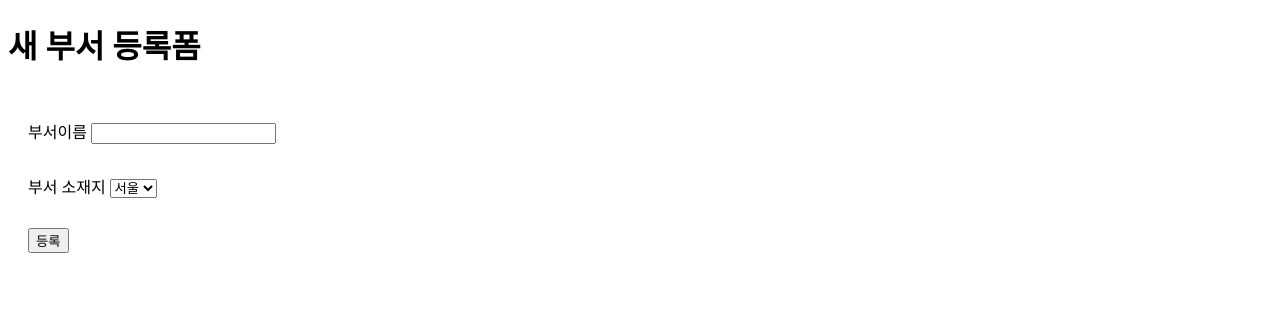
Repository: benpark0613/basic
Page: http://localhost/sample/hr/dept/form.jsp
The author's editor kept a copy of each file at every save. The page is drawn from the files as they stood at one save, then again after the next save.
The browser window is 1280 px wide. The pictures show the whole page.
The page is served by Tomcat 9.

Above is the page before, as saved 2021-11-11 02:31:49.

After the next save:
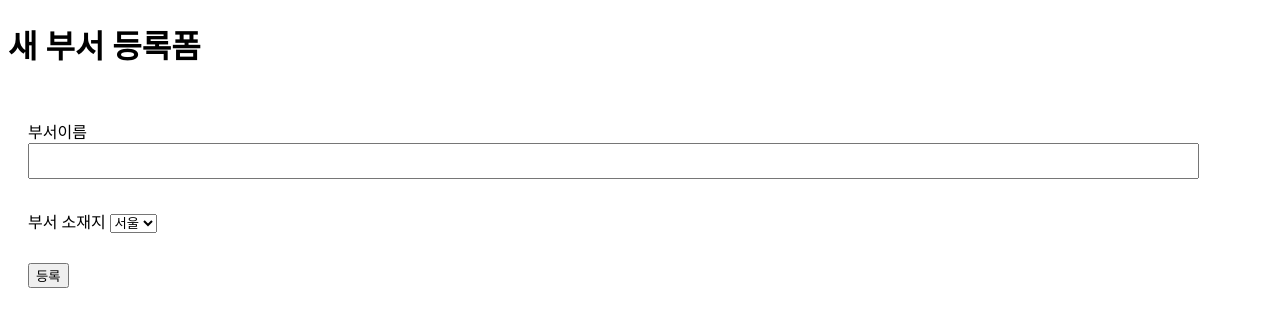
Saved 9 min 27 s later.
--- a/HR_app/sample/src/main/webapp/resources/css/style.css
+++ b/HR_app/sample/src/main/webapp/resources/css/style.css
@@ -33,3 +33,16 @@ thead th {
 .text-right {
 	text-align: right;
 }
+
+.form-group labe {
+	display: block;
+	font-weight: bold;
+}
+
+.form-group input[type='text'],
+	.form-group input[type='password'],
+	.form-group input[type='number'],
+	.form-group input[type='date'] {
+		height: 30px;
+		width: 95%;
+	}
